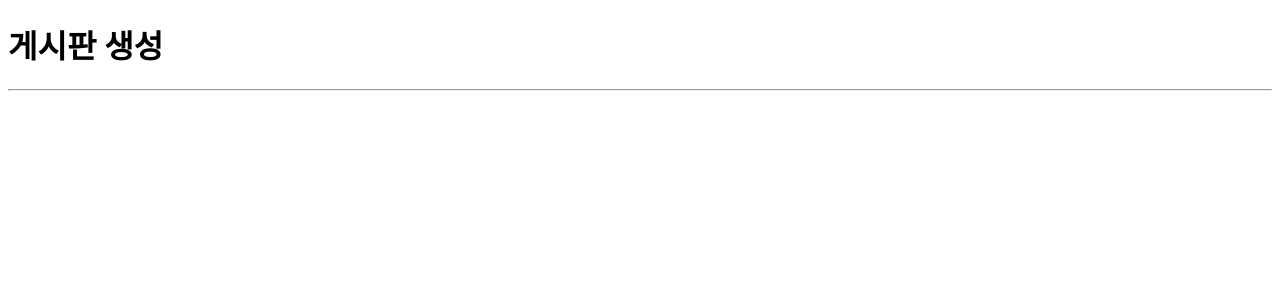
Repository: yangone8249/jsp_project
Page: http://localhost/yang_project/board/BoardCreate.jsp
The author's editor kept a copy of each file at every save. The page is drawn from the files as they stood at one save, then again after the next save.
The browser window is 1280 px wide. The pictures show the whole page.
The page is served by Tomcat 9.

Above is the page before, as saved 2023-05-26 05:11:34.

After the next save:
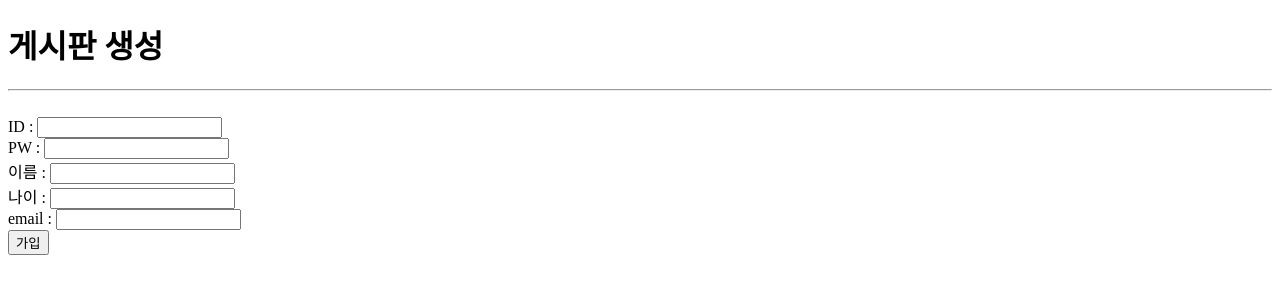
Saved 23 s later.
--- a/yang_project/yang_project/src/main/webapp/board/BoardCreate.jsp
+++ b/yang_project/yang_project/src/main/webapp/board/BoardCreate.jsp
@@ -9,5 +9,13 @@
 <body>
 	<h1>게시판 생성</h1>
 	<hr><br>
+	<form action="/mem/insert" method="post">
+	ID : <input type="text" name="id"/><br>
+	PW : <input type="password" name="password"/><br>
+	이름 : <input type="text" name="name"/><br>
+	나이 : <input type="text" name="age"/><br>
+	email : <input type="email" name="email"/><br>
+	<button type="submit">가입</button>
+	</form>
 </body>
 </html>
